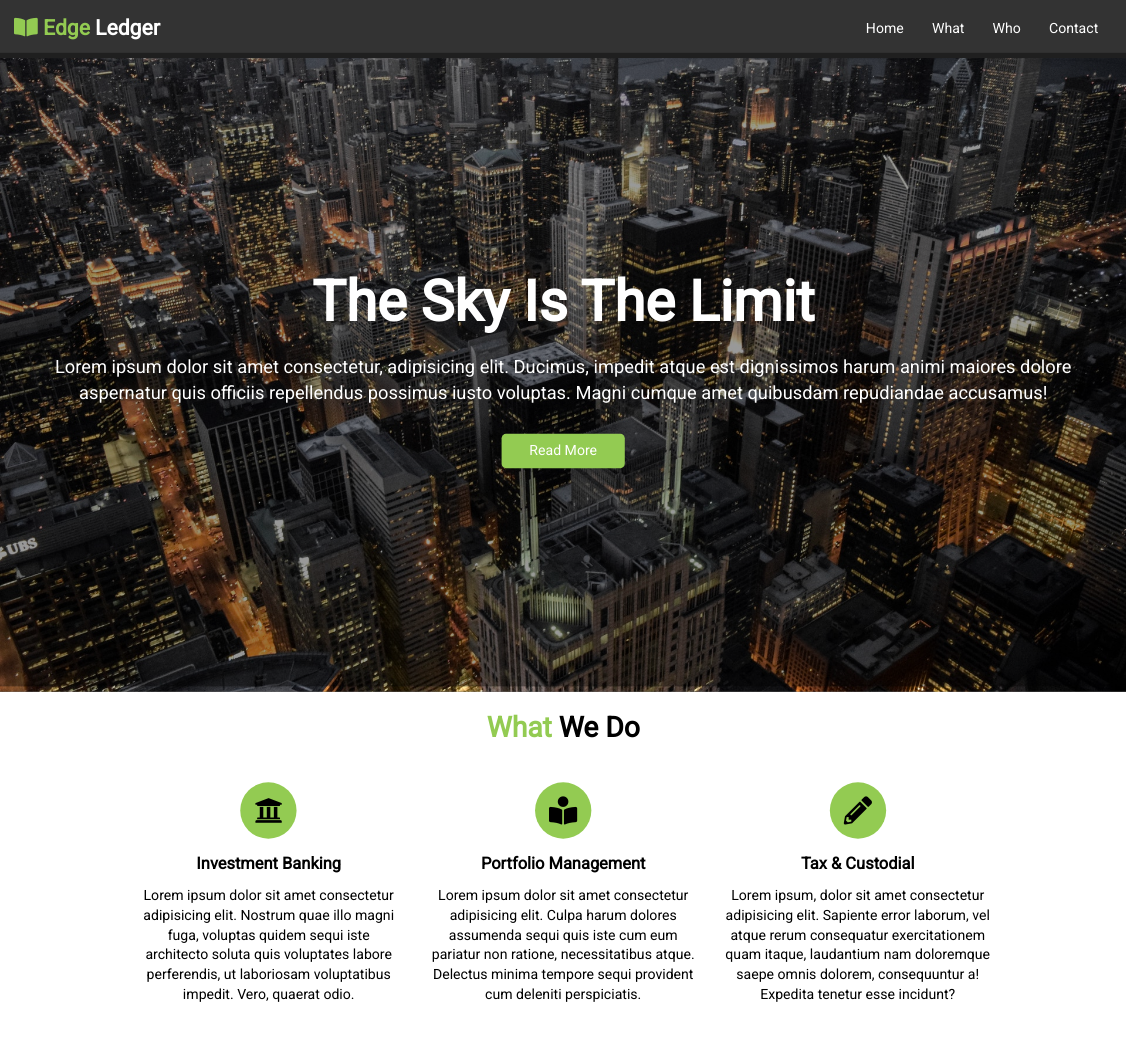
Repository: minhtien9/EdgeLedger-Financial-Web
Page: index.html
An editor plug-in stored every save of this project. The page is shown before and after the next save, followed by the edit.
The browser window is 1280 px wide. The pictures show the whole page, at 88% of full size.

Above is the page before, as saved 2021-08-16 22:20:35.

After the next save:
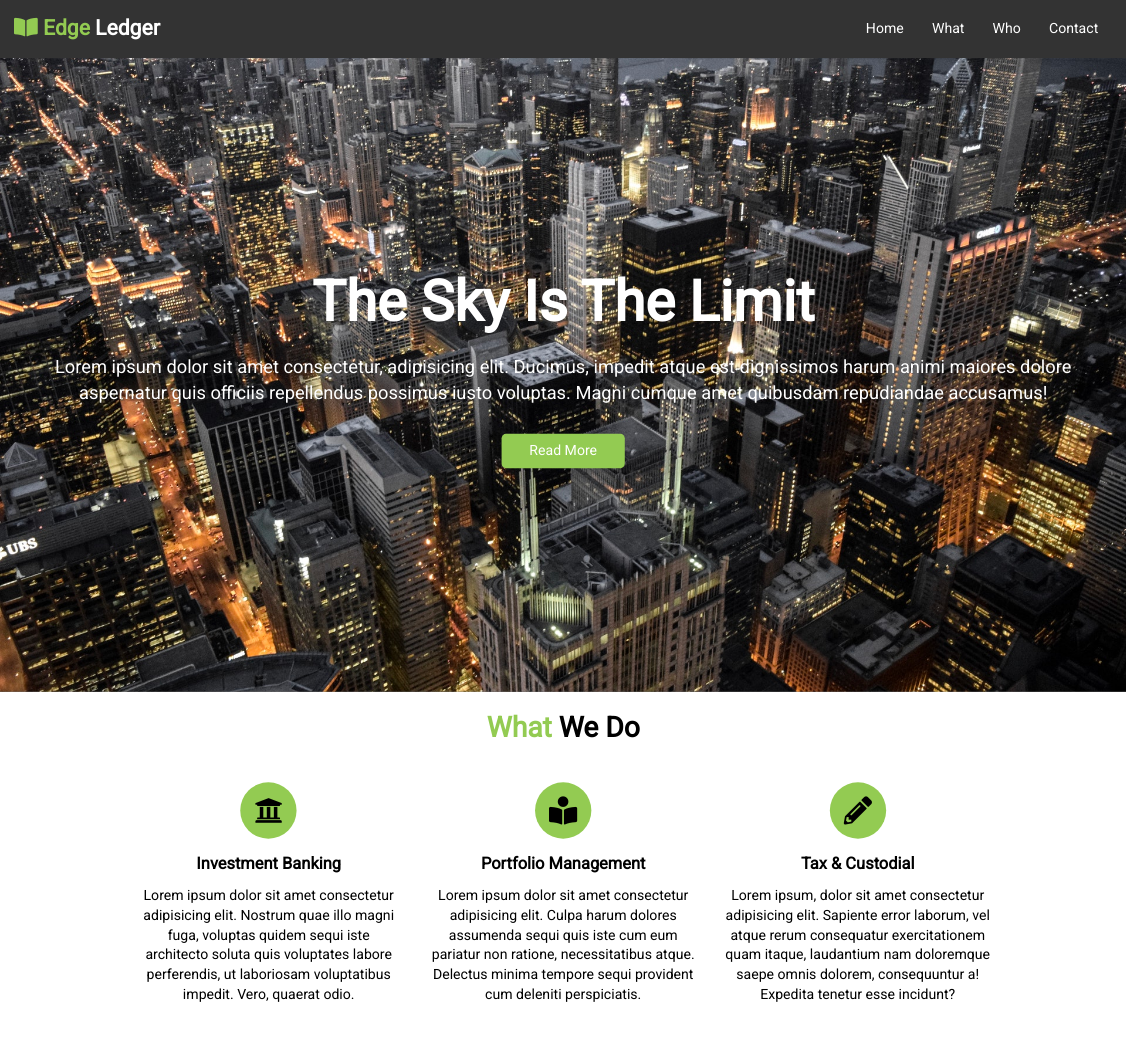
Saved 36 s later.
--- a/css/style.css
+++ b/css/style.css
@@ -135,7 +135,7 @@
     position: absolute;
     top: 60px;
     left: 0;
-    background-color: rgba(0, 0, 0, 0.4);
+    right: 0 background-color: rgba(0, 0, 0, 0.4);
 }
 
 

After the save that followed:
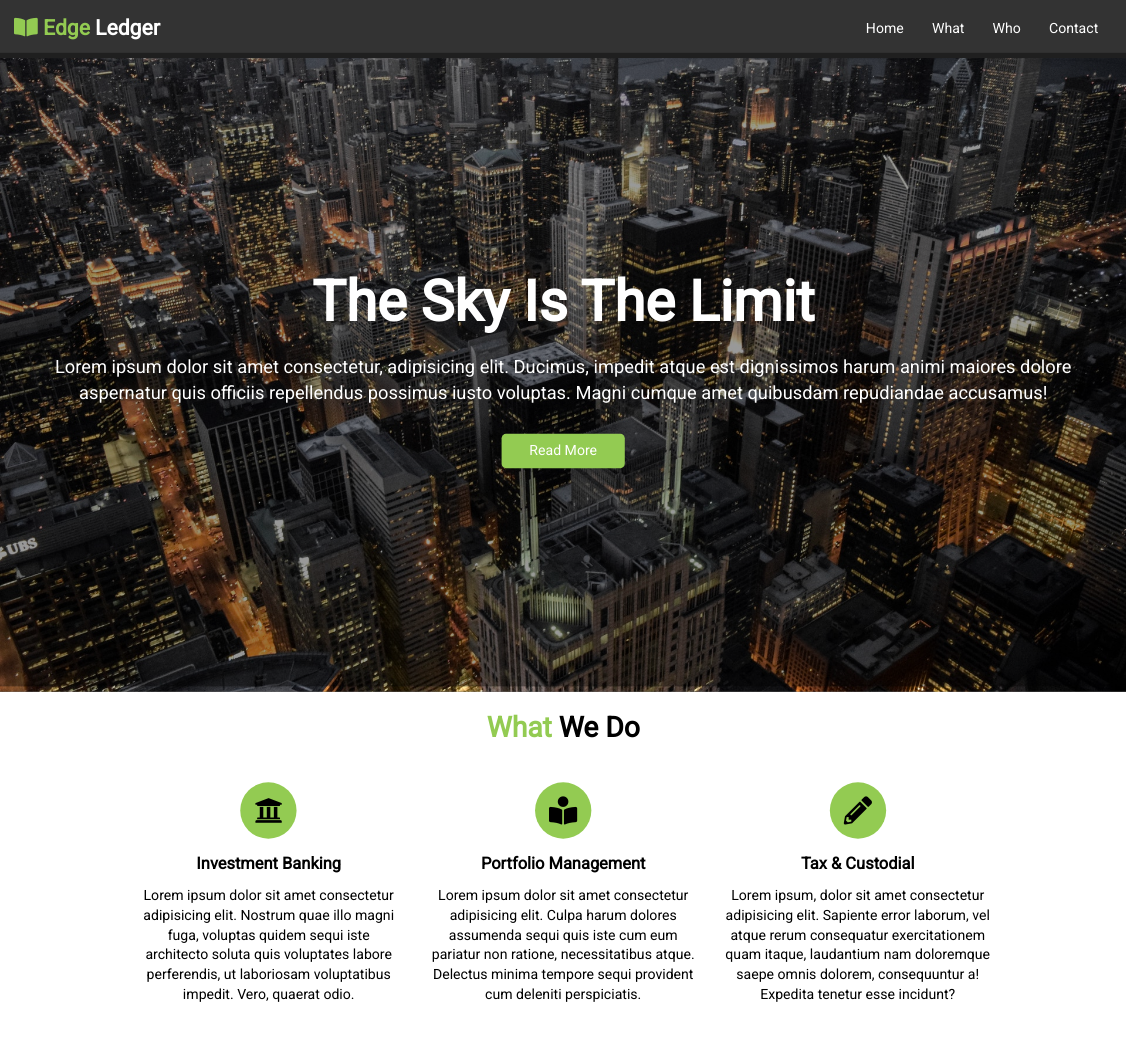
Saved 6 s later.
--- a/css/style.css
+++ b/css/style.css
@@ -135,7 +135,9 @@
     position: absolute;
     top: 60px;
     left: 0;
-    right: 0 background-color: rgba(0, 0, 0, 0.4);
+    right: 0;
+    bottom: 0;
+    background-color: rgba(0, 0, 0, 0.4);
 }
 
 
